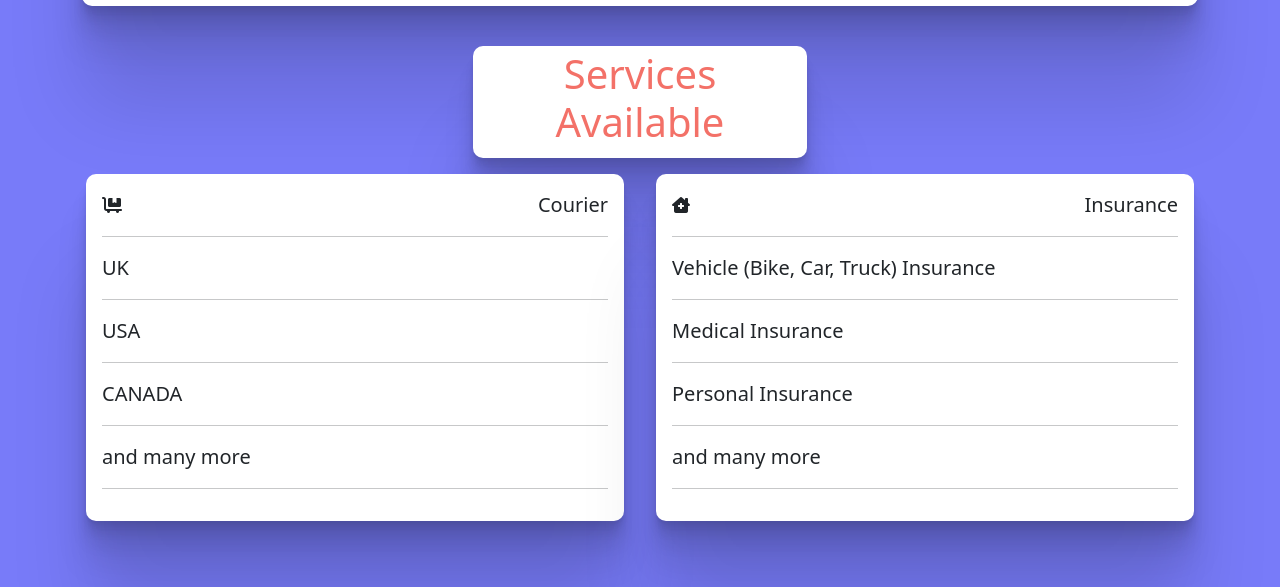
Repository: abhi-sharma27/courier
Page: index.html
These files come from the project's save history. The page is drawn as it stood at one moment and after the next save; the edit follows.
The browser window is 1280 px wide. The pictures show the part of the page from y = 1573 to 2252 px (the page is 2160 px tall before and 2252 px after).
A picture or video elsewhere on the page could not be fetched, so the positions and the page height are approximate. Some web libraries are served in a nearby version.

Above is the page before, as saved 2021-03-20 23:04:47.

### index.html
<!DOCTYPE html>
<html>

<head>
  <title>Courier Service Mukerian</title>
  <link href="https://cdn.jsdelivr.net/npm/bootstrap@5.0.0-beta2/dist/css/bootstrap.min.css" rel="stylesheet"
    integrity="sha384-BmbxuPwQa2lc/FVzBcNJ7UAyJxM6wuqIj61tLrc4wSX0szH/Ev+nYRRuWlolflfl" crossorigin="anonymous">
  <script src="https://kit.fontawesome.com/27e27fd9bd.js" crossorigin="anonymous"></script>

  <link href='style.css' rel="stylesheet">
</head>

<body>
  <div class="m-3 shadow-1 br-10 z light-bg">
    <!-- header -->
    <nav class="d-flex justify-content-between align-items-center">
      <div class="m-3">Logo 1</div>
      <div class="d-flex justify-content-between align-items-center">
        <p class="m-3 cp inactive-nav">Contact</p>
        <p class="m-3 cp inactive-nav active-nav">Home</p>
        <p class="m-3 cp inactive-nav">Map</p>
      </div>
      <div class="m-3">Logo 2</div>
    </nav>

  </div>
  <!-- banner -->
  <section class="m-3 shadow-1 br-10 z light-bg">
    <div class="row">
      <div class="container d-flex justify-content-between align-items-center">
        <div class="banner-heading">
          <h1 class="f70">DTDC Courier <br /> <span class="services-heading">Services Mukerian</span></h1>

          <p class="f20">
            Opp. Bus Stand, (Pathankot Route Side) Backside Raju Sweet Shop Street Adv. Narinder Sharma (Income Tax) Mukerian 144211
          </p>
          <button class="call-us-btn">Call us @01883-502756 <i class="fas fa-phone"></i></button>
        </div>
        <div>
          <img class="banner-img" src='./assets/images/dtdc.webp' />
        </div>
      </div>
    </div>
  </section>

  <!-- contact cards -->
  <section class="container mx-30">
    <div class="shadow-1 br-10 z light-bg contact text-center p-1">
      <h1 class="services-heading">Contact Us</h1>
    </div>
    <div class="row">
      <div class="col m-3 shadow-1 br-10 z light-bg p-3">
        <div class="d-flex align-items-center justify-content-between">
          <i class="fas fa-user contact-usr"></i>
          <div>
            <p class="mb-0 f20">Vijay Kumar</p>
          </div>
        </div>
        <hr />
        <div class="d-flex align-items-center justify-content-between">
          <p class="mb-0 f20">9417587146</p>
          <div>
            <button class="call-us-btn contact-btn">Call <i class="fas fa-phone"></i></button>
            <button class="call-us-btn contact-btn">WhatsApp <i class="fab fa-whatsapp"></i></button>
            <button class="call-us-btn contact-btn">Copy <i class="fas fa-copy"></i></button>
          </div>
        </div>
        <hr />
        <div class="d-flex align-items-center justify-content-between">
          <p class="mb-0 f20">01883-502756</p>
          <div>
            <button class="call-us-btn contact-btn">Call <i class="fas fa-phone"></i></button>
            <button class="call-us-btn contact-btn">WhatsApp <i class="fab fa-whatsapp"></i></button>
            <button class="call-us-btn contact-btn">Copy <i class="fas fa-copy"></i></button>
          </div>
        </div>
      </div>
      <div class="col m-3 shadow-1 br-10 z light-bg p-3">
        <div class="d-flex align-items-center justify-content-between">
          <i class="fas fa-user contact-usr"></i>
          <div>
            <p class="mb-0 f20">Pardeep Kumar</p>
          </div>
        </div>
        <hr />
        <div class="d-flex align-items-center justify-content-between">
          <p class="mb-0 f20">9478181578</p>
          <div>
            <button class="call-us-btn contact-btn">Call <i class="fas fa-phone"></i></button>
            <button class="call-us-btn contact-btn">WhatsApp <i class="fab fa-whatsapp"></i></button>
            <button class="call-us-btn contact-btn">Copy <i class="fas fa-copy"></i></button>
          </div>
        </div>
        <hr />
        <div class="d-flex align-items-center justify-content-between">
          <p class="mb-0 f20">7888473359</p>
          <div>
            <button class="call-us-btn contact-btn">Call <i class="fas fa-phone"></i></button>
            <button class="call-us-btn contact-btn">WhatsApp <i class="fab fa-whatsapp"></i></button>
            <button class="call-us-btn contact-btn">Copy <i class="fas fa-copy"></i></button>
          </div>
        </div>
      </div>

    </div>
  </section>

  <!-- map -->
  <section class="container mx-30">
    <div class="shadow-1 br-10 z light-bg contact text-center p-1 mb-3">
      <h1 class="services-heading">Map</h1>
    </div>
    <div class="shadow-1 br-10 z light-bg overflow-hidden">
      <iframe src="https://www.google.com/maps/embed?pb=!1m23!1m12!1m3!1d108332.69170512451!2d75.54844228621926!3d31.95013527781443!2m3!1f0!2f0!3f0!3m2!1i1024!2i768!4f13.1!4m8!3e6!4m0!4m5!1s0x391b992952aa2489%3A0xc25a749a29d1455a!2sdtdc%20mukerian!3m2!1d31.9501545!2d75.6174525!5e0!3m2!1sen!2sin!4v1616260292425!5m2!1sen!2sin" height="600" width='100%' style="border:0;" allowfullscreen="" loading="lazy"></iframe>
    </div>

  </section>

  <!-- service cards -->
  <section class="container mx-30">
    <div class="shadow-1 br-10 z light-bg contact text-center p-1">
      <h1 class="services-heading">Services Available</h1>
    </div>
    <div class="row">
      <div class="col m-3 shadow-1 br-10 z light-bg p-3">
        <div class="d-flex align-items-center justify-content-between">
          <i class="fas fa-dolly-flatbed"></i>
          <div>
            <p class="mb-0 f20">Courier</p>
          </div>
        </div>
        <hr />
        <div class="text-right">
          <p class="mb-0 f20">UK</p>
          <hr />
          <p class="mb-0 f20">USA</p>
          <hr />
          <p class="mb-0 f20">CANADA</p>
          <hr />
          <p class="mb-0 f20">and many more</p>
        </div>
        <hr />
      </div>
      <div class="col m-3 shadow-1 br-10 z light-bg p-3">
        <div class="d-flex align-items-center justify-content-between">
          <i class="fas fa-clinic-medical"></i>
          <div>
            <p class="mb-0 f20">Insurance</p>
          </div>
        </div>
        <hr />
        <div class="text-right">
          <p class="mb-0 f20">Vehicle (Bike, Car, Truck) Insurance</p>
          <hr />
          <p class="mb-0 f20">Medical Insurance</p>
          <hr />
          <p class="mb-0 f20">Personal Insurance</p>
          <hr />
          <p class="mb-0 f20">and many more</p>
        </div>
        <hr />
      </div>


    </div>
  </section>
</body>

</html>

### style.css
body {
  background-color: #787bf9;
  padding: 10px;
}

.shadow-1 {
  box-shadow:
  0 2.8px 2.2px rgba(0, 0, 0, 0.034),
  0 6.7px 5.3px rgba(0, 0, 0, 0.048),
  0 12.5px 10px rgba(0, 0, 0, 0.06),
  0 22.3px 17.9px rgba(0, 0, 0, 0.072),
  0 41.8px 33.4px rgba(0, 0, 0, 0.086),
  0 100px 80px rgba(0, 0, 0, 0.12);
}

.br-10 {
  border-radius: 10px;
}
.z {
  z-index: 2;
}

.mx-30 {
  margin-top: 40px !important;
  margin-bottom: 40px !important;
}

.light-bg {
  background-color: white;
}

.cp {
  cursor: pointer;
}

.f70 {
  font-size: 70px;
}
.f20 {
  font-size: 20px;
}
.active-nav {
  background-color: #ebebeb;
  padding: 10px;
  border-radius: 10px;
}
/* .inactive-nav:hover {
  background-color: #ebebeb;
  padding: 10px;
  border-radius: 10px;
} */

.banner-heading {
  font-size: 70px;
  color: #333547;
  margin-left: 100px;
}
.services-heading {
  color: #f37168;
}
.banner-img {
  max-width: 700px;
}
.call-us-btn {
  background-color: #ebebeb;
  color: #f37168;
  padding: 10px 15px;
  font-size: 30px;
  border-radius: 10px;
  cursor: pointer;
  text-transform: capitalize;
  border: none;

  transition: background-color 200ms ease-in-out;
}
.call-us-btn:hover {
  background-color: #333547;
}


.contact {
  width: 30%;
  margin: auto;
}
.contact-btn {
  font-size: 18px;
}
.contact-usr {
  font-size: 50px;
}

After the next save:
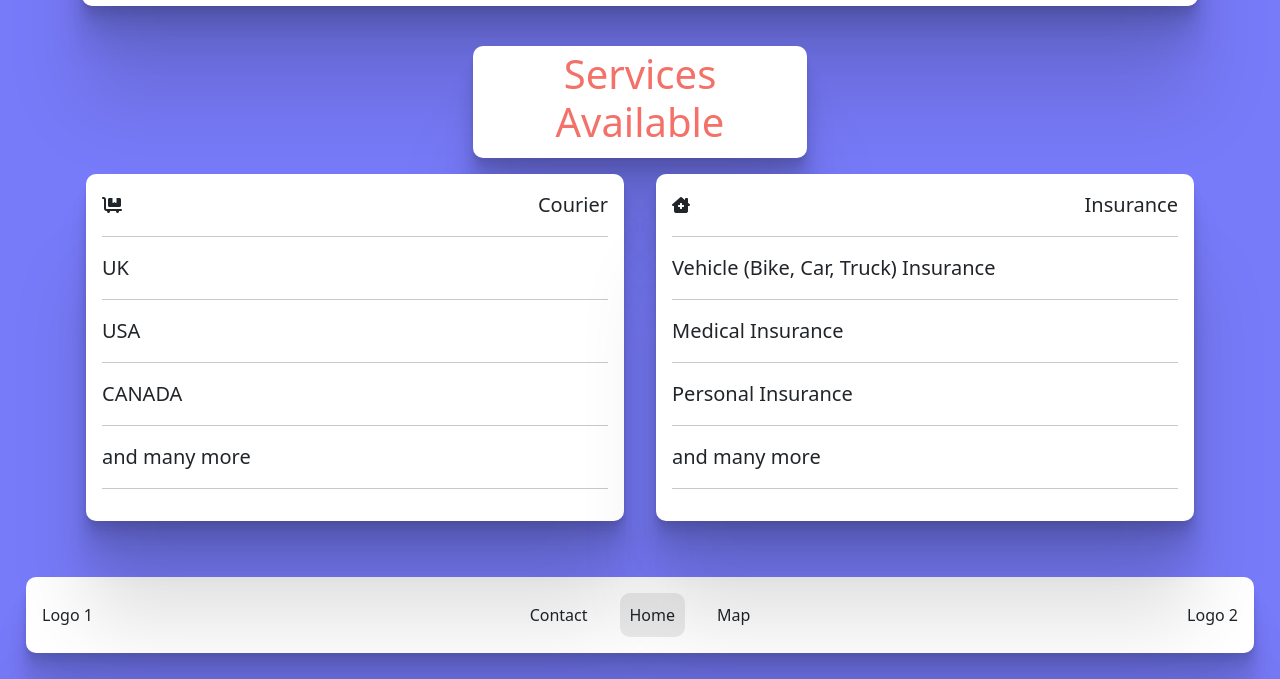
Saved 112 s later.
--- a/index.html
+++ b/index.html
@@ -164,6 +164,22 @@
 
     </div>
   </section>
+
+  <!-- footer -->
+  <div class="m-3 shadow-1 br-10 z light-bg">
+    <!-- header -->
+    <nav class="d-flex justify-content-between align-items-center">
+      <div class="m-3">Logo 1</div>
+      <div class="d-flex justify-content-between align-items-center">
+        <p class="m-3 cp inactive-nav">Contact</p>
+        <p class="m-3 cp inactive-nav active-nav">Home</p>
+        <p class="m-3 cp inactive-nav">Map</p>
+      </div>
+      <div class="m-3">Logo 2</div>
+    </nav>
+
+  </div>
+
 </body>
 
 </html>
